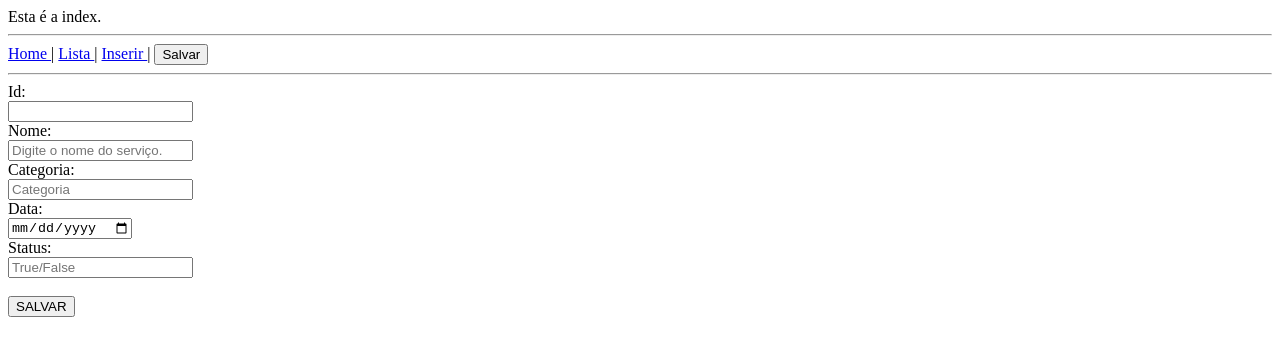
Repository: vivian-nakano/Projetos-Spring
Page: webmvc/src/main/resources/index.html
These files come from the project's save history. The page is drawn as it stood at one moment and after the next save; the edit follows.
The browser window is 1280 px wide. The pictures show the whole page.
Some web libraries are served in a nearby version.

Above is the page before, as saved 2020-11-05 14:07:00.

### webmvc/src/main/resources/index.html
<!DOCTYPE html>
<html>
<head>
<meta charset="ISO-8859-1">
<title>Insert title here</title>

<script
	src="https://ajax.googleapis.com/ajax/libs/angularjs/1.6.9/angular.min.js"></script>
<!--faz veiculação com angular-->
<script src="controller.js"></script>

</head>
<body>

	Esta é a index.
	<hr>

	<a href="index.html"> Home </a> |
	<a href="lista.html"> Lista </a> |
	<a href="inserir.html"> Inserir </a> |
	<a href="inserir.html">
		<button>Salvar</button>
	</a>

	<hr>
	<div ng-app="myApp" ng-controller="myCtrl">
		<form>
			Id: <br> <input type="number" ng-model="id" readonly> <br>
			Nome: <br> <input type="text" ng-model="nome" size="20"
				placeholder="Digite o nome do serviço."> <br>
			Categoria: <br> <input type="text" ng-model="categoria"
				size="20" placeholder="Categoria"> <br> Data: <br>
			<input type="date" ng-model="data" required> <br>
			Status: <br> <input type="text" ng-model="pago"
				placeholder="True/False"> <br> <br>
			<!--<input type="submit"> -->
			<button ng-click="salvar()">SALVAR</button>
		</form>
	</div>

</body>
</html>

### webmvc/src/main/resources/static/controller.js
var app = angular.module('myApp', []);

app.controller('myCtrl', function($scope, $http) {

  $scope.manutencoes = new Object();


$scope.salvar = function() {
  $http.post("http://localhost:8080/manutencoes", {
    'id':$scope.id,
    'nome':$scope.nome,
    'categoria':$scope.categoria,
    'data':$scope.data

  })
  };

});

After the next save:
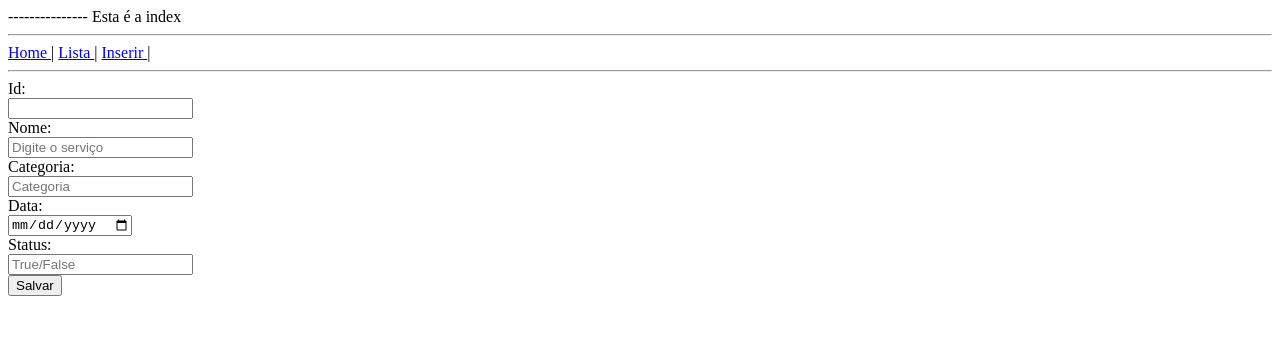
Saved 2 min 5 s later.
--- a/webmvc/src/main/resources/index.html
+++ b/webmvc/src/main/resources/index.html
@@ -1,42 +1,39 @@
+---------------
 <!DOCTYPE html>
 <html>
 <head>
 <meta charset="ISO-8859-1">
 <title>Insert title here</title>
-
 <script
 	src="https://ajax.googleapis.com/ajax/libs/angularjs/1.6.9/angular.min.js"></script>
-<!--faz veiculação com angular-->
-<script src="controller.js"></script>
+<script src="controller.js">
 
+</script>
 </head>
 <body>
+	Esta é a index
 
-	Esta é a index.
 	<hr>
-
 	<a href="index.html"> Home </a> |
 	<a href="lista.html"> Lista </a> |
 	<a href="inserir.html"> Inserir </a> |
-	<a href="inserir.html">
-		<button>Salvar</button>
-	</a>
 
 	<hr>
 	<div ng-app="myApp" ng-controller="myCtrl">
 		<form>
 			Id: <br> <input type="number" ng-model="id" readonly> <br>
+
 			Nome: <br> <input type="text" ng-model="nome" size="20"
-				placeholder="Digite o nome do serviço."> <br>
-			Categoria: <br> <input type="text" ng-model="categoria"
-				size="20" placeholder="Categoria"> <br> Data: <br>
-			<input type="date" ng-model="data" required> <br>
-			Status: <br> <input type="text" ng-model="pago"
-				placeholder="True/False"> <br> <br>
-			<!--<input type="submit"> -->
-			<button ng-click="salvar()">SALVAR</button>
+				placeholder="Digite o serviço"><br> Categoria: <br>
+			<input type="text" ng-model="categoria" size="20"
+				placeholder="Categoria"><br> Data:<br> <input
+				type="date" ng-model="data" required> <br> Status:<br>
+			<input type="text" ng-model="pago" placeholder="True/False"><br>
+
+
+			<button ng-click="salvar()">Salvar</button>
+
 		</form>
 	</div>
-
 </body>
 </html>
